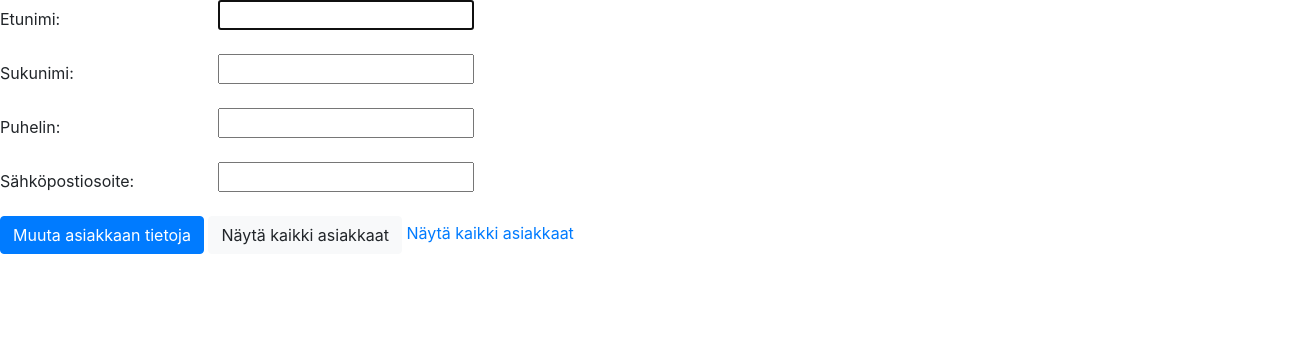
Repository: sarastu5/javaohjelmointi
Page: http://localhost/AsiakkaatWeb/muutaasiakas.jsp
These files come from the project's save history. The page is drawn as it stood at one moment and after the next save; the edit follows.
The browser window is 1280 px wide. The page is 1295 px wide, then 1280 px, so the pictures cover 1295 px, including what lies to the right of the window. The pictures show the whole page.
Some web libraries are served in a nearby version. The page is served by Tomcat 9. The session is filled in as if someone had signed in: {"kayttaja": 1}. Other server files are loaded and not shown.

Above is the page before, as saved 2018-05-04 18:58:29.

### Java EE/AsiakkaatWeb/WebContent/muutaasiakas.jsp
<%@include file="onkokirjauduttu.jsp" %>
<%@ page language="java" contentType="text/html; charset=ISO-8859-1"
    pageEncoding="ISO-8859-1"%>
<!DOCTYPE html PUBLIC "-//W3C//DTD HTML 4.01 Transitional//EN" "http://www.w3.org/TR/html4/loose.dtd">
<html>
<head>
<meta http-equiv="Content-Type" content="text/html; charset=ISO-8859-1">
<script src="https://ajax.googleapis.com/ajax/libs/jquery/3.1.1/jquery.min.js"></script>
<link rel="stylesheet" type="text/css" href="main.css">
<link rel="stylesheet" href="https://stackpath.bootstrapcdn.com/bootstrap/4.1.0/css/bootstrap.min.css" integrity="sha384-9gVQ4dYFwwWSjIDZnLEWnxCjeSWFphJiwGPXr1jddIhOegiu1FwO5qRGvFXOdJZ4" crossorigin="anonymous">
<title>Asiakkaiden tietojen muutos</title>
</head>

<%
String id = "";
if(request.getParameter("id") != null) {
	id = request.getParameter("id");
}

String etunimi = "";
if(request.getParameter("etunimi") != null) {
	etunimi = request.getParameter("etunimi");
}
String sukunimi = "";
if(request.getParameter("sukunimi") != null) {
	sukunimi = request.getParameter("sukunimi");
}
String puhelin = "";
if(request.getParameter("puhelin")!= null) {
	puhelin = request.getParameter("puhelin");
}

String sposti = "";
if(request.getParameter("sposti")!= null){
	sposti = request.getParameter("sposti");
}
%>

<body>
	<form action="MuutaAsiakas" method="post">
		<div class="form-group row">
		   	<label for="etunimi" class="col-sm-2 col-form-label">Etunimi:</label>
		   	<div class="col-sm-6">
		    	<input type="text" name="etunimi" id=etunimi value="<%=etunimi%>">
		    </div>
	  	</div>
	  	<div class="form-group row">
		   	<label for="sukunimi" class="col-sm-2 col-form-label">Sukunimi:</label>
		    <div class="col-sm-6">
		      	<input type="text" name="sukunimi" id="sukunimi" value="<%=sukunimi%>">
		    </div>
	  	</div>
	  	<div class="form-group row">
		   	<label for="puhelin" class="col-sm-2 col-form-label">Puhelin:</label>
		    <div class="col-sm-6">
		      	<input type="text" name="puhelin" id="puhelin" value="<%=puhelin%>">
		    </div>
	  	</div>
	  	<div class="form-group row">
		   	<label for="sposti" class="col-sm-2 col-form-label">Sähköpostiosoite:</label>
		    <div class="col-sm-6">
		      	<input type="text" name="sposti" id="sposti" value="<%=sposti%>">
		    </div>
	  	</div>
	  	<button type="submit" class="btn btn-primary" value="lisää">Muuta asiakkaan tietoja</button>
	  	<a href="haeasiakkaat.jsp"><button type="button" class="btn btn-light">Näytä kaikki asiakkaat</button></a>

		<!--
		<table border="1">
			<tr>
				<td align="right">Etunimi:</td>
				<td><input type="text" name="etunimi" id=etunimi value="<%=etunimi%>"></td>
			</tr>
			<tr>
				<td align="right">Sukunimi:</td>
				<td><input type="text" name="sukunimi" id="sukunimi" value="<%=sukunimi%>"></td>
			</tr>
			<tr>
				<td align="right">Puhelin:</td>
				<td><input type="text" name="puhelin" id="puhelin" value="<%=puhelin%>"></td>
			</tr>
			<tr>
				<td align="right">Sähköposti:</td>
				<td><input type="text" name="sposti" id="sposti" value="<%=sposti%>"></td>
			</tr>
			<tr>
				<td colspan="2"><input type="submit" value="Muuta"></td>
			</tr>
		</table>
		<input type="hidden" name="id" value="<%=id%>">
	</form>
	-->

	<script>
		$(document).ready(function(){
			$("#etunimi").focus();
	    $("#kaikki").click(function(){
	    	window.location.href = 'haeasiakkaat.jsp';
	    });
		});
	</script>

	<a href="haeasiakkaat.jsp">Näytä kaikki asiakkaat</a>

	<script src="https://code.jquery.com/jquery-3.3.1.slim.min.js" integrity="sha384-q8i/X+965DzO0rT7abK41JStQIAqVgRVzpbzo5smXKp4YfRvH+8abtTE1Pi6jizo" crossorigin="anonymous"></script>
	<script src="https://cdnjs.cloudflare.com/ajax/libs/popper.js/1.14.0/umd/popper.min.js" integrity="sha384-cs/chFZiN24E4KMATLdqdvsezGxaGsi4hLGOzlXwp5UZB1LY//20VyM2taTB4QvJ" crossorigin="anonymous"></script>
	<script src="https://stackpath.bootstrapcdn.com/bootstrap/4.1.0/js/bootstrap.min.js" integrity="sha384-uefMccjFJAIv6A+rW+L4AHf99KvxDjWSu1z9VI8SKNVmz4sk7buKt/6v9KI65qnm" crossorigin="anonymous"></script>
</body>
</html>

### Java EE/AsiakkaatWeb/WebContent/onkokirjauduttu.jsp
<%
if (session.getAttribute("kayttaja")==null) {
	response.sendRedirect("index.jsp");
	return;
}
%>

### Java EE/AsiakkaatWeb/WebContent/main.css
td.otsikko {
	font-weight: bold;
}

.lomake {
	padding: 20px;
}

After the next save:
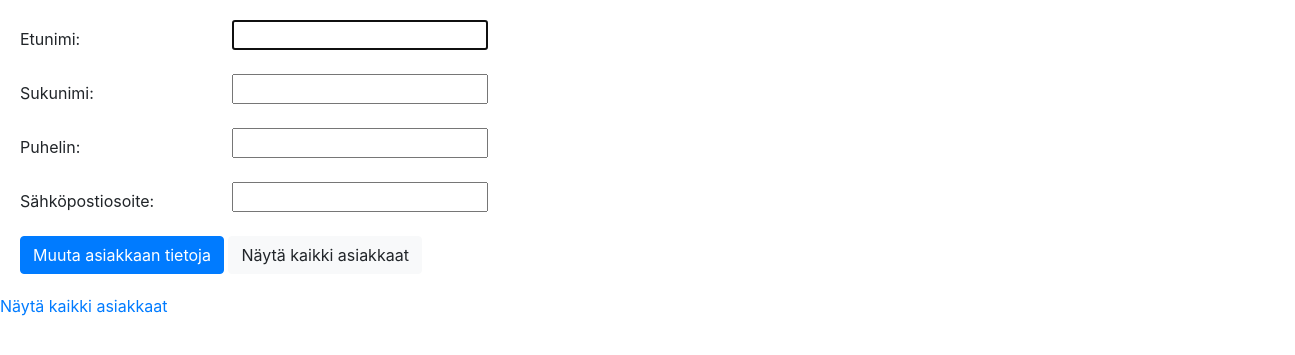
Saved 7 min 0 s later.
--- a/Java EE/AsiakkaatWeb/WebContent/muutaasiakas.jsp
+++ b/Java EE/AsiakkaatWeb/WebContent/muutaasiakas.jsp
@@ -37,34 +37,36 @@ if(request.getParameter("sposti")!= null){
 %>
 
 <body>
-	<form action="MuutaAsiakas" method="post">
-		<div class="form-group row">
-		   	<label for="etunimi" class="col-sm-2 col-form-label">Etunimi:</label>
-		   	<div class="col-sm-6">
-		    	<input type="text" name="etunimi" id=etunimi value="<%=etunimi%>">
-		    </div>
-	  	</div>
-	  	<div class="form-group row">
-		   	<label for="sukunimi" class="col-sm-2 col-form-label">Sukunimi:</label>
-		    <div class="col-sm-6">
-		      	<input type="text" name="sukunimi" id="sukunimi" value="<%=sukunimi%>">
-		    </div>
-	  	</div>
-	  	<div class="form-group row">
-		   	<label for="puhelin" class="col-sm-2 col-form-label">Puhelin:</label>
-		    <div class="col-sm-6">
-		      	<input type="text" name="puhelin" id="puhelin" value="<%=puhelin%>">
-		    </div>
-	  	</div>
-	  	<div class="form-group row">
-		   	<label for="sposti" class="col-sm-2 col-form-label">Sähköpostiosoite:</label>
-		    <div class="col-sm-6">
-		      	<input type="text" name="sposti" id="sposti" value="<%=sposti%>">
-		    </div>
-	  	</div>
-	  	<button type="submit" class="btn btn-primary" value="lisää">Muuta asiakkaan tietoja</button>
-	  	<a href="haeasiakkaat.jsp"><button type="button" class="btn btn-light">Näytä kaikki asiakkaat</button></a>
-
+	<div class="lomake">
+		<form action="MuutaAsiakas" method="post">
+			<div class="form-group row">
+			   	<label for="etunimi" class="col-sm-2 col-form-label">Etunimi:</label>
+			   	<div class="col-sm-6">
+			    	<input type="text" name="etunimi" id=etunimi value="<%=etunimi%>">
+			    </div>
+		  	</div>
+		  	<div class="form-group row">
+			   	<label for="sukunimi" class="col-sm-2 col-form-label">Sukunimi:</label>
+			    <div class="col-sm-6">
+			      	<input type="text" name="sukunimi" id="sukunimi" value="<%=sukunimi%>">
+			    </div>
+		  	</div>
+		  	<div class="form-group row">
+			   	<label for="puhelin" class="col-sm-2 col-form-label">Puhelin:</label>
+			    <div class="col-sm-6">
+			      	<input type="text" name="puhelin" id="puhelin" value="<%=puhelin%>">
+			    </div>
+		  	</div>
+		  	<div class="form-group row">
+			   	<label for="sposti" class="col-sm-2 col-form-label">Sähköpostiosoite:</label>
+			    <div class="col-sm-6">
+			      	<input type="text" name="sposti" id="sposti" value="<%=sposti%>">
+			    </div>
+		  	</div>
+		  	<button type="submit" class="btn btn-primary" value="lisää">Muuta asiakkaan tietoja</button>
+		  	<a href="haeasiakkaat.jsp"><button type="button" class="btn btn-light">Näytä kaikki asiakkaat</button></a>
+			</form>
+		</div>
 		<!--
 		<table border="1">
 			<tr>
